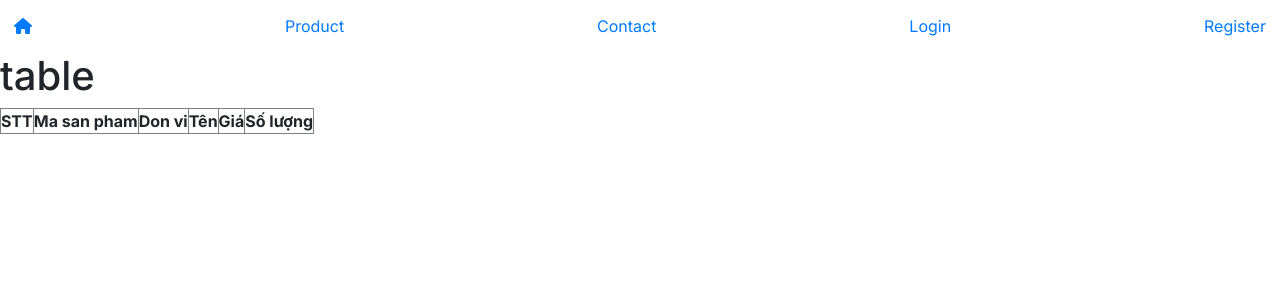
Repository: bao2222/hoc-lam-web
Page: About-me.html
These files come from the project's save history. The page is drawn as it stood at one moment and after the next save; the edit follows.
The browser window is 1280 px wide. The pictures show the whole page.
Some web fonts or font styles are not loaded; a fallback is used.

Above is the page before, as saved 2025-01-23 17:38:40.

After the next save:
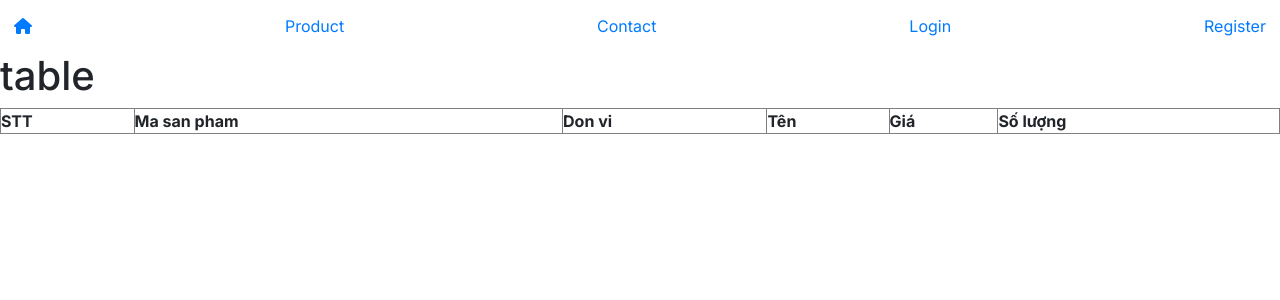
Saved 41 s later.
--- a/About-me.html
+++ b/About-me.html
@@ -41,7 +41,7 @@
         </header>
         <main>
             <h1>table</h1>
-            <table border="1" >
+            <table border="1" width="100%">
                 <tr>
                     <th>STT </th>
                     <th>Ma san pham </th>

After the 2 saves that followed:
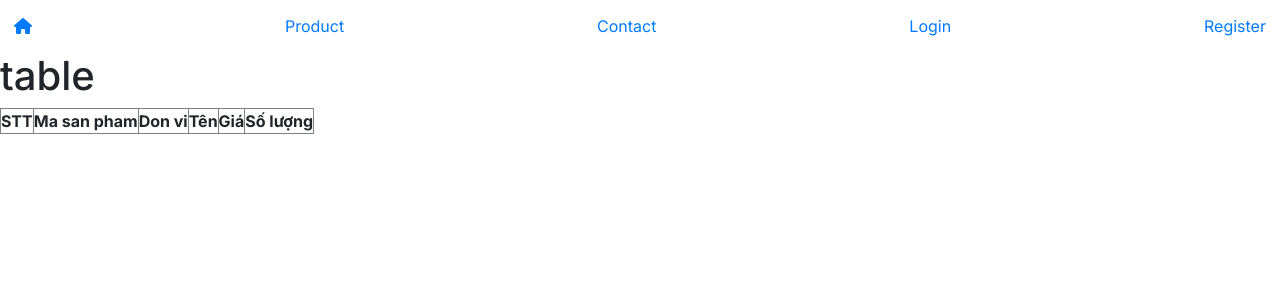
The 2 saves are shown as one change because 1 left the picture as it was.
The last was saved 50 s later.
--- a/About-me.html
+++ b/About-me.html
@@ -41,7 +41,7 @@
         </header>
         <main>
             <h1>table</h1>
-            <table border="1" width="100%">
+            <table border="1">
                 <tr>
                     <th>STT </th>
                     <th>Ma san pham </th>
--- a/style.css
+++ b/style.css
@@ -19,15 +19,3 @@ header{
     align-items: center ;
     gap: 14;
 }
-.table{
-    justify-content: space-between;
-    align-items: center;
-    gap: 14px;
-    display: flex;
-    flex-direction: column;
-    margin-top: 10px;
-    margin-bottom: 10px;
-    padding: 10px;
-    border: 1px solid #ccc;
-    border-radius: 5px;
-}
